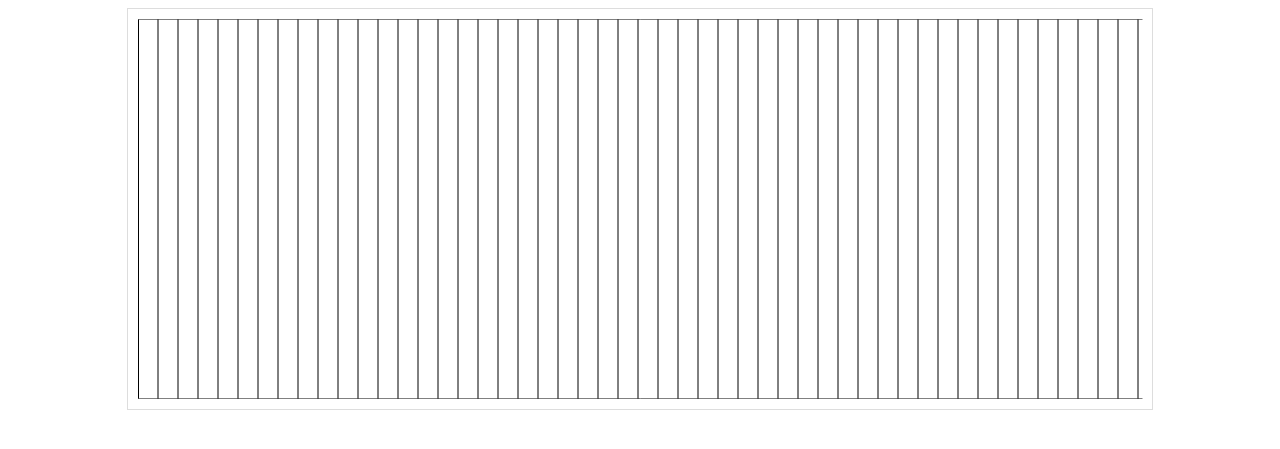
Repository: cw19931024/Demo
Page: canvas.html
The author's editor kept a copy of each file at every save. The page is drawn from the files as they stood at one save, then again after the next save.
The browser window is 1280 px wide. The pictures show the whole page.

Above is the page before, as saved 2017-07-26 18:08:22.

### canvas.html
<!DOCTYPE html>
<html lang="en">

<head>
    <title></title>
    <meta charset="UTF-8">
    <meta name="viewport" context="width=device-width, initial-scale=1">
    <style>
        canvas {
            margin: 0 auto;
            border: 1px solid #ddd;
            width: 1024px;
            height: 400px;
        }

        .tac {
            text-align: center;
        }
    </style>
</head>

<body>
    <div class="tac">
        <canvas id="canvas" width="1024" height="768"></canvas>
    </div>
</body>
<script>
    var canvas = document.getElementById('canvas');
    var context = canvas.getContext('2d');
    var width = canvas.width;
    var height = canvas.height;
    var padding = 10;

    //y轴线
    context.beginPath();
    context.lineWidth =1;
    context.moveTo(padding + 0.5, height - padding - 10);
    context.lineTo(padding + 0.5, padding + 10);
    context.stroke();

    //x轴线
    context.beginPath();
    context.moveTo(padding + 0.5, height - padding - 10);
    context.lineTo(width - padding + 0.5, height - padding - 10)
    context.moveTo(padding + 0.5, padding + 10);
    context.lineTo(width - padding + 0.5, padding + 10)
    context.stroke();

    // var Number = 5;             //y轴的段数
    // var yLength = Math.floor(height -padding*2/Number);
    // var xLength = Math.floor(width -padding*2/data.length);

    for (var i = 20; i < width; i+=20) {
        context.beginPath();
        context.lineWidth = 1;
        context.moveTo(i +10, height - padding - 10);
        context.lineTo(i +10, padding + 10);
        context.stroke();
    }
</script>

</html>

After the next save:
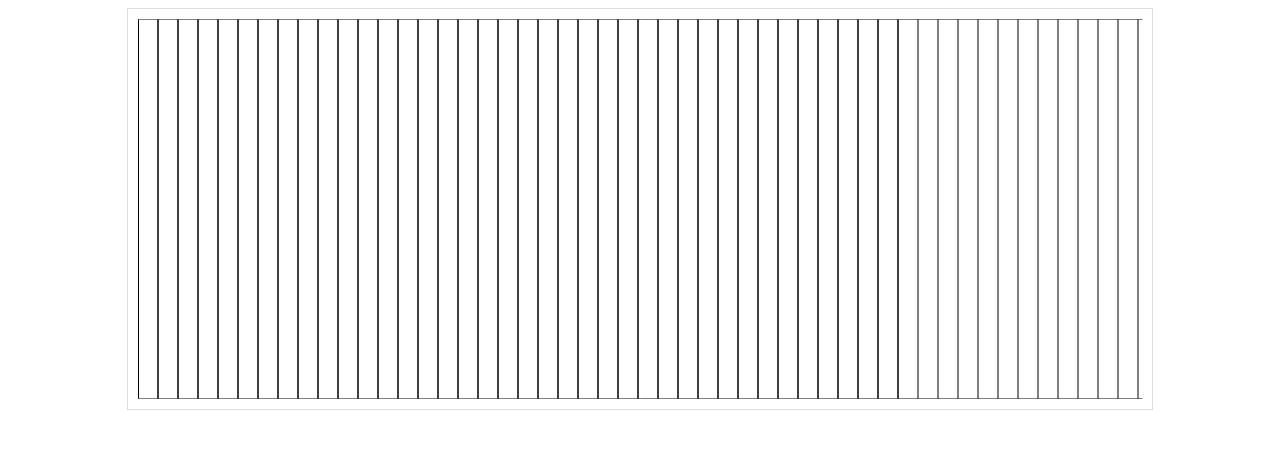
Saved 14 s later.
--- a/canvas.html
+++ b/canvas.html
@@ -57,6 +57,13 @@
         context.lineTo(i +10, padding + 10);
         context.stroke();
     }
+    for (var i = 20; i < height; i+=20) {
+        context.beginPath();
+        context.lineWidth = 1;
+        context.moveTo(i +10, height - padding - 10);
+        context.lineTo(i +10, padding + 10);
+        context.stroke();
+    }
 </script>
 
 </html>

After the save that followed:
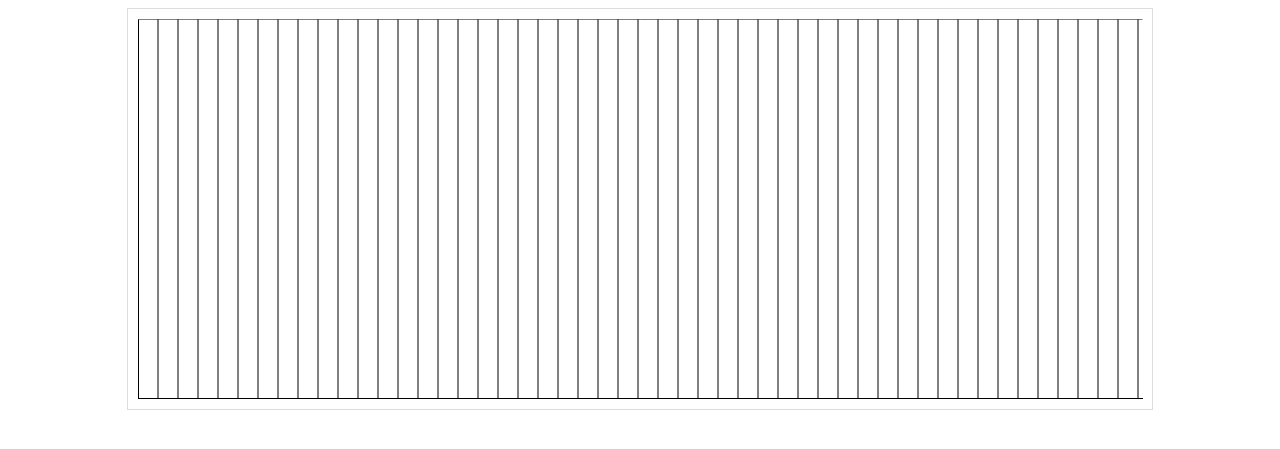
Saved 16 s later.
--- a/canvas.html
+++ b/canvas.html
@@ -33,7 +33,7 @@
 
     //y轴线
     context.beginPath();
-    context.lineWidth =1;
+    context.lineWidth = 1;
     context.moveTo(padding + 0.5, height - padding - 10);
     context.lineTo(padding + 0.5, padding + 10);
     context.stroke();
@@ -50,18 +50,16 @@
     // var yLength = Math.floor(height -padding*2/Number);
     // var xLength = Math.floor(width -padding*2/data.length);
 
-    for (var i = 20; i < width; i+=20) {
+    for (var i = 20; i < width; i += 20) {
         context.beginPath();
-        context.lineWidth = 1;
-        context.moveTo(i +10, height - padding - 10);
-        context.lineTo(i +10, padding + 10);
+        context.moveTo(i + 10, height - padding - 10);
+        context.lineTo(i + 10, padding + 10);
         context.stroke();
     }
-    for (var i = 20; i < height; i+=20) {
+    for (var i = 20; i < height; i += 20) {
         context.beginPath();
-        context.lineWidth = 1;
-        context.moveTo(i +10, height - padding - 10);
-        context.lineTo(i +10, padding + 10);
+        context.moveTo(padding + 0.5, height - padding - 10);
+        context.lineTo(width - padding + 0.5, height - padding - 10)
         context.stroke();
     }
 </script>
